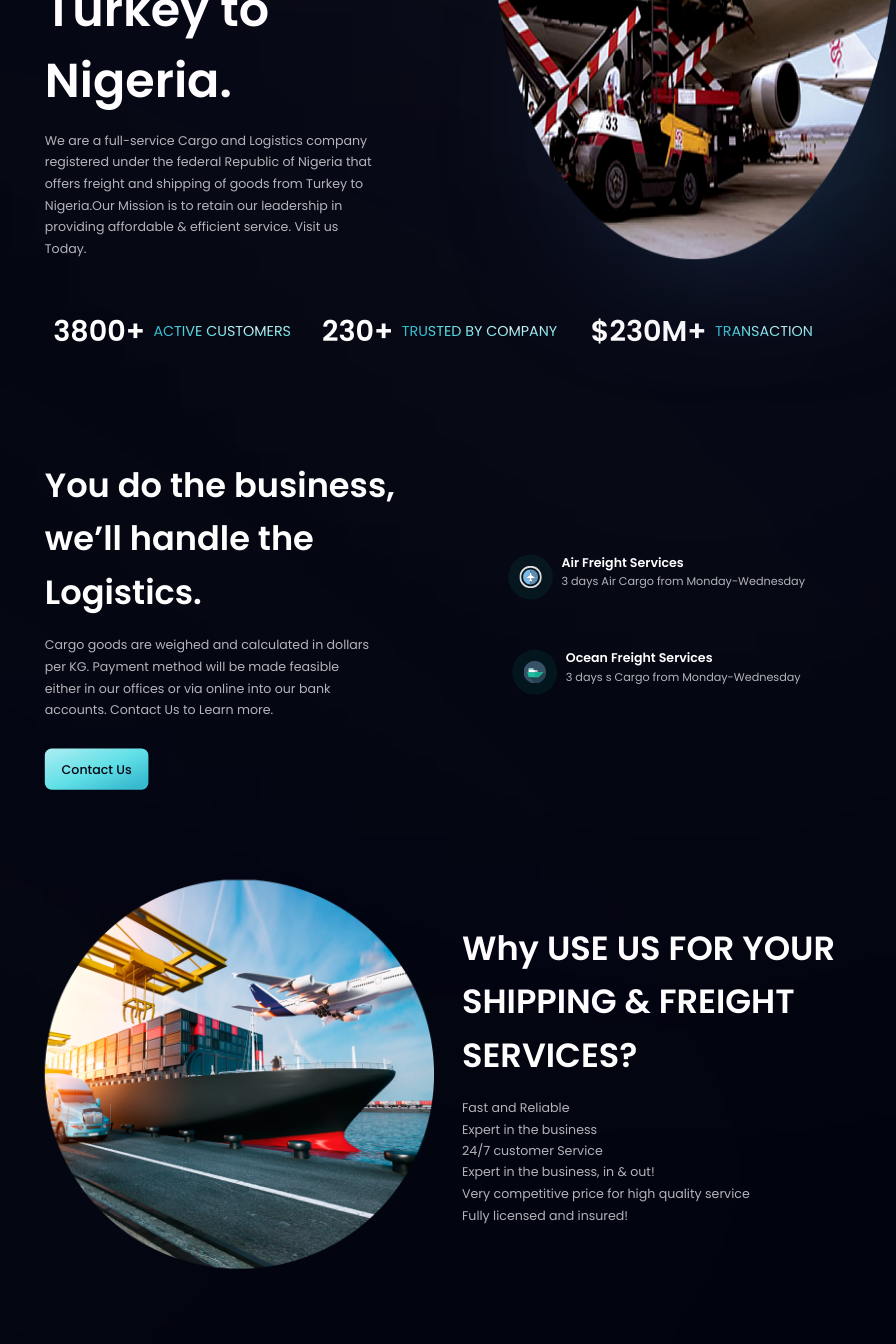
Repository: Miracleoluebube/captionlogistics
Page: /
These files come from the project's save history. The page is drawn as it stood at one moment and after the next save; the edit follows.
The browser window is 1280 px wide. The pictures show the part of the page from y = 735 to 2655 px (the page is 5707 px tall), at 70% of full size.
The project was rebuilt for these pictures with package versions that can differ from the ones it lists, and the page was loaded fresh each time. Also part of the build but not shown: vite.config.js.

Above is the page before, as saved 2022-10-02 18:42:38.

After the next save:
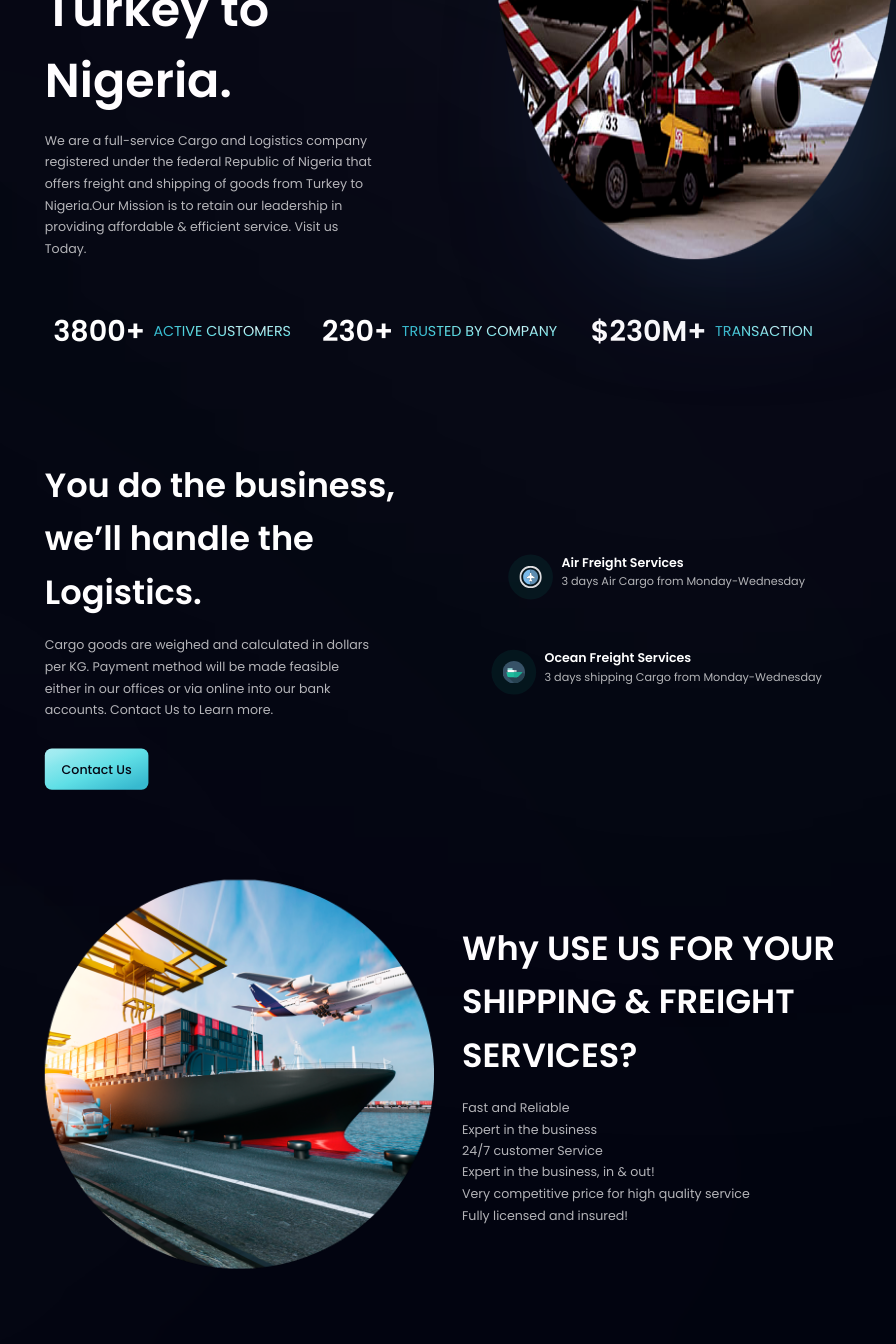
Saved 5 s later.
--- a/src/constants/index.js
+++ b/src/constants/index.js
@@ -45,7 +45,7 @@
     icon: send,
     title: "Ocean Freight Services",
     content:
-    "3 days s Cargo from Monday-Wednesday",
+    "3 days shipping Cargo from Monday-Wednesday",
   },
 ];
 
